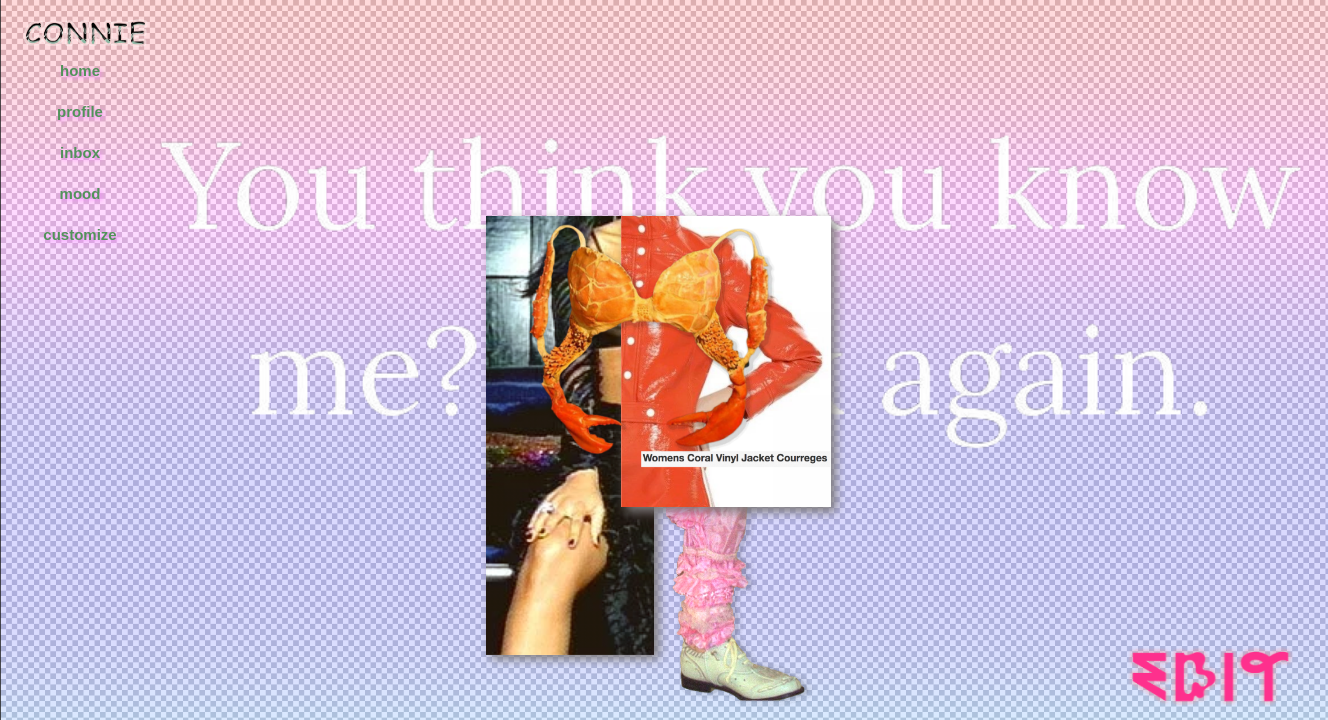
Repository: xuc009/xuc009.github.io
Page: track14/index.html
These files come from the project's save history. The page is drawn as it stood at one moment and after the next save; the edit follows.
The browser window is 1280 px wide. The page is 1328 px wide, so the pictures cover 1328 px, including what lies to the right of the window. The pictures show the whole page.
Some web fonts or font styles are not loaded; a fallback is used. Some web libraries are served in a nearby version.

Above is the page before, as saved 2018-12-08 17:31:08.

After the next save:
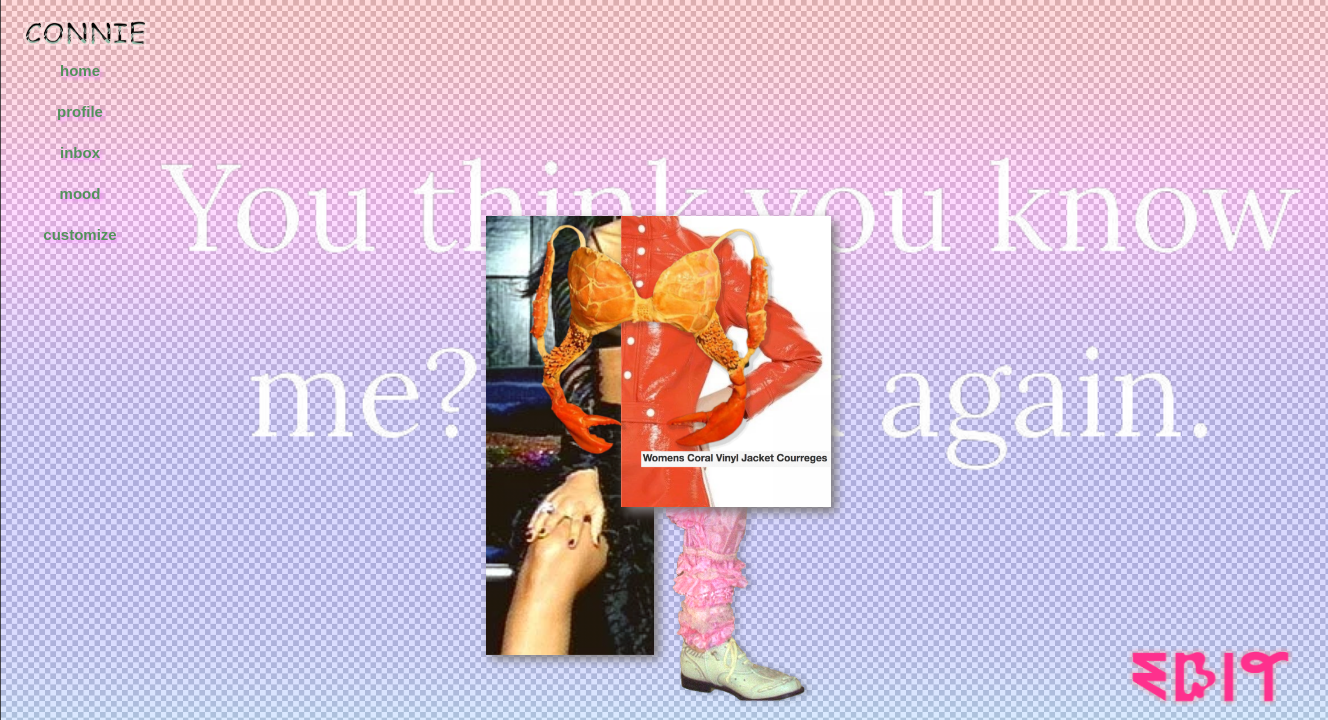
Saved 5 s later.
--- a/track14/assets/css/styles.css
+++ b/track14/assets/css/styles.css
@@ -49,7 +49,7 @@ a { cursor: move; }
     box-shadow: 5px 5px 10px #807d7d;
     cursor: move;
     position: absolute;
-    top: 12%;
+    top: 15%;
     left: 10%;
 }
 
